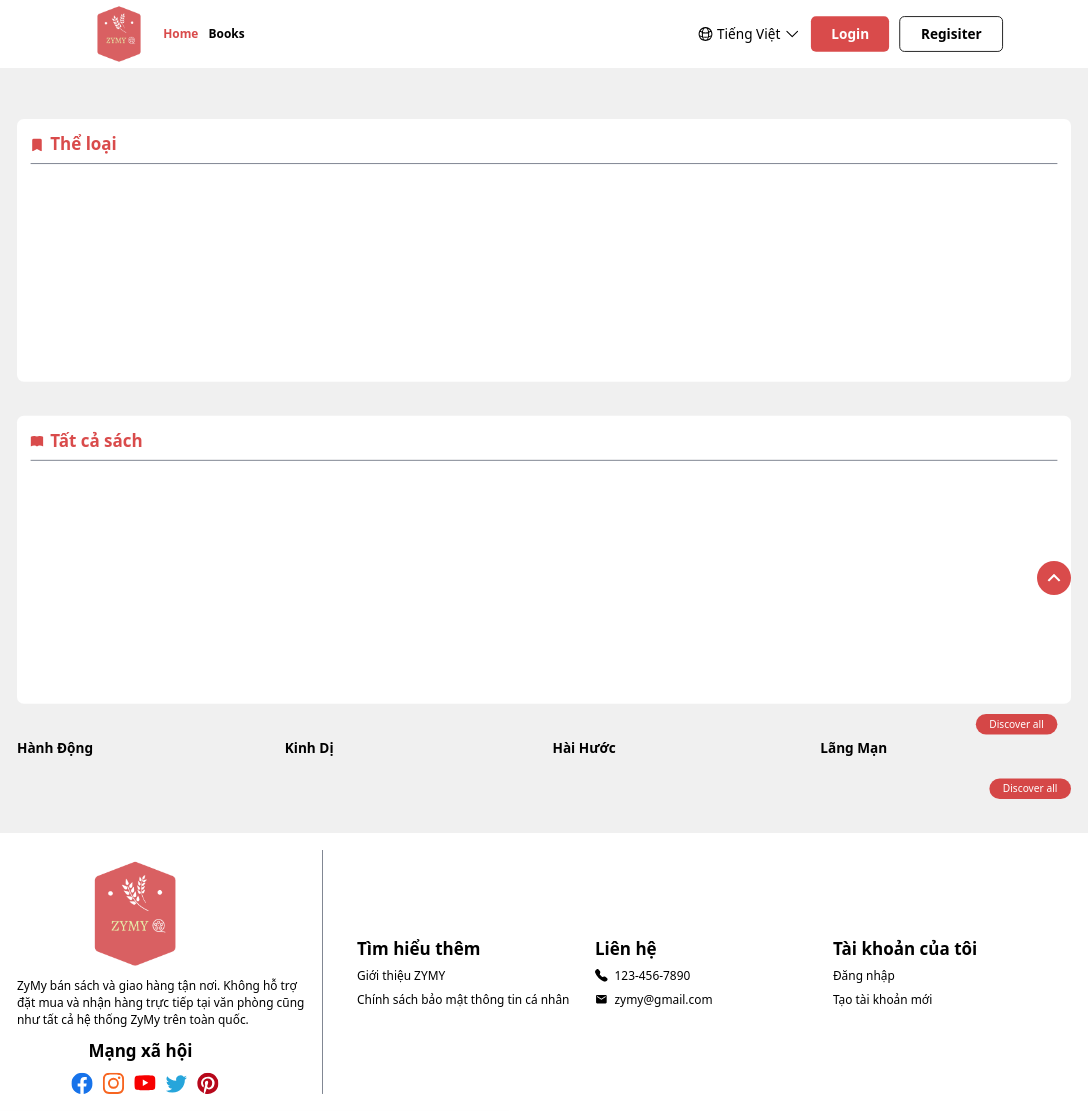
Repository: NguyenDinhThuyVy/website_selling_books
Page: / (app in FrontEnd/)
An editor plug-in stored every save of this project. The page is shown before and after the next save, followed by the edit.
The browser window is 1280 px wide. The pictures show the whole page, at 85% of full size.
The page's requests for data from a server got no answer. The project was rebuilt for these pictures with package versions that can differ from the ones it lists, and the page was loaded fresh each time. Some packages were replaced by stand-ins written for this rebuild. The framework's server and built-in components were replaced by stand-ins that run in the browser. No one was signed in, and anything a server would have sent is missing. Also part of the build but not shown: FrontEnd/next.config.js, FrontEnd/src/components/InforLogin/styles.scss, FrontEnd/src/components/InforLogin/index.jsx, FrontEnd/src/app/(default)/(public)/home/components/CategoryColumn/CategoryColumnContent/index.jsx, FrontEnd/src/styles/CategoryItem.scss, FrontEnd/src/app/(default)/(public)/home/components/CategoryItem/index.jsx, FrontEnd/src/app/(default)/(public)/home/components/BannerItem/index.jsx, FrontEnd/src/styles/BookItem.scss and 1 more.

Above is the page before, as saved 2023-12-29 14:59:05.

### FrontEnd/src/app/layout.jsx
'use client';

import classNames from 'classnames';
import { Inter, Montserrat } from 'next/font/google';
import Script from 'next/script';

import './globals.css';
import 'react-toastify/dist/ReactToastify.css';
import 'swiper/scss/scrollbar';
import 'swiper/scss/pagination';
import 'swiper/css/navigation';
import 'swiper/scss';
import '../../node_modules/nprogress/nprogress.css';
import 'sweetalert2/src/sweetalert2.scss';
import { ToastContainer } from 'react-toastify';
import { Provider } from 'react-redux';
import store from '@/redux/store';
import Backtop from '@/components/Backtop';

const inter = Inter({
  subsets: ['latin'],
  variable: '--font-inter',
});

const montserrat = Montserrat({
  subsets: ['latin'],
  variable: '--font-montserrat',
});

export default function RootLayout({ children }) {
  return (
    <html lang="en">
      <head>
        {/* <Script>
          {typeof window !== 'undefined' &&
            (function (w, d, s, l, i) {
              w[l] = w[l] || [];
              w[l].push({ 'gtm.start': new Date().getTime(), event: 'gtm.js' });
              var f = d.getElementsByTagName(s)[0],
                j = d.createElement(s),
                dl = l != 'dataLayer' ? '&l=' + l : '';
              j.async = true;
              j.src = 'https://www.googletagmanager.com/gtm.js?id=' + i + dl;
              f.parentNode.insertBefore(j, f);
            })(window, document, 'script', 'dataLayer', 'GTM-WV3P6XBH')}
        </Script> */}
        <Script
          async
          src="https://www.googletagmanager.com/gtag/js?id=G-Y35FP8XXTL"
        ></Script>
        <Script
          id="clarity_script"
          strategy="afterInteractive"
          dangerouslySetInnerHTML={{
            __html: `
              window.dataLayer = window.dataLayer || [];
              function gtag(){dataLayer.push(arguments);}
              gtag('js', new Date());
              gtag('config', 'G-Y35FP8XXTL');
            `,
          }}
        />
      </head>
      <body
        className={classNames(
          inter.variable,
          montserrat.variable,
          'flex flex-col min-h-screen'
        )}
      >
        <Provider store={store}>{children}</Provider>
        <ToastContainer autoClose={1000} />
        <Backtop />
      </body>
    </html>
  );
}

### FrontEnd/src/app/page.jsx
import React from 'react';

const HomePage = React.lazy(() => import('./(default)/(public)/home'));

export default HomePage;

### FrontEnd/src/app/globals.css
@tailwind base;
@tailwind components;
@tailwind utilities;

@layer base {
  body {
    background-color: #f0f0f0;
  }
  .wrapper-content {
    max-width: 1340px;
    margin: 0 auto;
    padding: 0 20px;
  }
  .book-list .swiper,
  .category-list .swiper,
  .list-comment .swiper {
    height: 100%;
  }
  .button-next,
  .button-prev {
    position: relative;
    z-index: 20;
  }
  .book-list .swiper .swiper-pagination {
    transform: translateY(12px);
    z-index: 20;
  }
}

### FrontEnd/src/redux/store.jsx
import { configureStore } from '@reduxjs/toolkit';
import rootReducer from './reducers/index';

const store = configureStore({
  reducer: rootReducer,
  // Các tùy chọn khác như middleware có thể được thêm ở đây
});

export default store;

### FrontEnd/src/components/Backtop/index.jsx
import Link from 'next/link';
import React from 'react';
import { MdOutlineKeyboardArrowUp } from 'react-icons/md';

const Backtop = () => {
  return (
    <span className="fixed bottom-5 right-5 rounded-full z-30 w-10 h-10 backtop bg-[#ce1515c4] flex items-center justify-center hover:bg-opacity-70 transition-all">
      <Link href="#" className="flex items-center justify-center w-full h-full">
        <MdOutlineKeyboardArrowUp size="30px" color="white" />
      </Link>
    </span>
  );
};

export default Backtop;

### FrontEnd/src/redux/reducers/index.jsx
import { combineReducers } from '@reduxjs/toolkit';
import menuReducer from './menuReducer';
import formAddReducer from './formAddReducer';
import globalReducer from './globalReducer';
import updateInforReducer from './updateInforReducer';

const rootReducer = combineReducers({
  menu: menuReducer,
  form: formAddReducer,
  darkMode: globalReducer,
  updateInfor: updateInforReducer,
  // Thêm các reducer khác ở đây
});

export default rootReducer;

### FrontEnd/src/components/Heading/index.jsx
const Heading = ({ children }) => {
  return (
    <div className="text-xl font-semibold text-[#ce1515c4]">{children}</div>
  );
};

export default Heading;

### FrontEnd/src/components/layout/Header/index.jsx
'use client';

import Link from 'next/link';
import routes from '@/constant/routes';
import Button from '@/components/Button';
import { usePathname } from 'next/navigation';
import { useEffect } from 'react';
import { useState } from 'react';
import Image from 'next/image';
import logo from '../../../assets/logo.png';
import InforLogin from '@/components/InforLogin';
import Popover from '@/components/Popover';

export default function Header() {
  const pathname = usePathname();
  const [auth, setAuth] = useState(null);
  useEffect(() => {
    const auth = sessionStorage.getItem('auth');
    if (auth) {
      setAuth(JSON.parse(auth));
    }
  }, []);
  return (
    <header className="flex items-center gap-x-3 px-[100px] bg-white">
      <div className="w-[80px] h-[80px]">
        <Link href={routes.HOME}>
          <Image src={logo} alt="" className="object-cover w-full h-full" />
        </Link>
      </div>
      <div className="flex items-center gap-x-3">
        <Link
          href={routes.HOME}
          className={
            pathname === routes.HOME
              ? 'text-[#ce1515c4] font-semibold text-sm'
              : 'text-sm font-semibold'
          }
        >
          Home
        </Link>
        <Link
          href={routes.ALLBOOK}
          className={
            pathname === routes.ALLBOOK
              ? 'text-[#ce1515c4] font-semibold text-sm'
              : 'text-sm font-semibold'
          }
        >
          Books
        </Link>
      </div>
      <div className="flex ml-auto gap-x-3">
        {auth ? (
          <>
            <Popover
              className="flex items-center py-1 hover:text-gray-300 cursor-pointer bg-red-300 z-40"
              renderPopover={
                <div className="bg-white relative shadow-md rounded-sm border border-gray-200 z-40">
                  <div className="flex flex-col py-2 pr-28 pl-3">
                    <button className="py-2 px-3 hover:text-orange">
                      Tiếng Việt
                    </button>
                    <button className="py-2 px-3 hover:text-orange mt-2">
                      English
                    </button>
                  </div>
                </div>
              }
            >
              {' '}
              <svg
                xmlns="http://www.w3.org/2000/svg"
                fill="none"
                viewBox="0 0 24 24"
                strokeWidth={1.5}
                stroke="currentColor"
                className="w-5 h-5"
              >
                <path
                  strokeLinecap="round"
                  strokeLinejoin="round"
                  d="M12 21a9.004 9.004 0 008.716-6.747M12 21a9.004 9.004 0 01-8.716-6.747M12 21c2.485 0 4.5-4.03 4.5-9S14.485 3 12 3m0 18c-2.485 0-4.5-4.03-4.5-9S9.515 3 12 3m0 0a8.997 8.997 0 017.843 4.582M12 3a8.997 8.997 0 00-7.843 4.582m15.686 0A11.953 11.953 0 0112 10.5c-2.998 0-5.74-1.1-7.843-2.918m15.686 0A8.959 8.959 0 0121 12c0 .778-.099 1.533-.284 2.253m0 0A17.919 17.919 0 0112 16.5c-3.162 0-6.133-.815-8.716-2.247m0 0A9.015 9.015 0 013 12c0-1.605.42-3.113 1.157-4.418"
                />
              </svg>
              <span className="mx-1">Tiếng Việt</span>
              <svg
                xmlns="http://www.w3.org/2000/svg"
                fill="none"
                viewBox="0 0 24 24"
                strokeWidth={1.5}
                stroke="currentColor"
                className="w-5 h-5"
              >
                <path
                  strokeLinecap="round"
                  strokeLinejoin="round"
                  d="M19.5 8.25l-7.5 7.5-7.5-7.5"
                />
              </svg>
            </Popover>
            <InforLogin />
          </>
        ) : (
          <>
            <Popover
              className="flex items-center py-1 hover:text-gray-300 cursor-pointer  z-40"
              renderPopover={
                <div className="bg-red-300 relative shadow-md rounded-sm border border-gray-200 z-40">
                  <div className="flex flex-col py-2 pr-28 pl-3">
                    <button className="py-2 px-3 hover:text-orange">
                      Tiếng Việt
                    </button>
                    <button className="py-2 px-3 hover:text-orange mt-2">
                      English
                    </button>
                  </div>
                </div>
              }
            >
              {' '}
              <svg
                xmlns="http://www.w3.org/2000/svg"
                fill="none"
                viewBox="0 0 24 24"
                strokeWidth={1.5}
                stroke="currentColor"
                className="w-5 h-5"
              >
                <path
                  strokeLinecap="round"
                  strokeLinejoin="round"
                  d="M12 21a9.004 9.004 0 008.716-6.747M12 21a9.004 9.004 0 01-8.716-6.747M12 21c2.485 0 4.5-4.03 4.5-9S14.485 3 12 3m0 18c-2.485 0-4.5-4.03-4.5-9S9.515 3 12 3m0 0a8.997 8.997 0 017.843 4.582M12 3a8.997 8.997 0 00-7.843 4.582m15.686 0A11.953 11.953 0 0112 10.5c-2.998 0-5.74-1.1-7.843-2.918m15.686 0A8.959 8.959 0 0121 12c0 .778-.099 1.533-.284 2.253m0 0A17.919 17.919 0 0112 16.5c-3.162 0-6.133-.815-8.716-2.247m0 0A9.015 9.015 0 013 12c0-1.605.42-3.113 1.157-4.418"
                />
              </svg>
              <span className="mx-1">Tiếng Việt</span>
              <svg
                xmlns="http://www.w3.org/2000/svg"
                fill="none"
                viewBox="0 0 24 24"
                strokeWidth={1.5}
                stroke="currentColor"
                className="w-5 h-5"
              >
                <path
                  strokeLinecap="round"
                  strokeLinejoin="round"
                  d="M19.5 8.25l-7.5 7.5-7.5-7.5"
                />
              </svg>
            </Popover>

            <Button kind="primary" to={routes.LOGIN}>
              Login
            </Button>
            <Button kind="secondary" to={routes.REGISTER} isBorder={true}>
              Regisiter
            </Button>
          </>
        )}
      </div>
    </header>
  );
}

### FrontEnd/src/app/(default)/(public)/home/components/CategoryColumn/CategoryColumnHorror/index.jsx
'use client';

import React, { useState } from 'react';
import CategoryColumnContent from '../CategoryColumnContent';
import { getBookByCategory } from '@/services/bookService';
import { useEffect } from 'react';

const CategoryColumnHorror = () => {
  const [listBookHorror, setListBookHorror] = useState([]);
  const fetchBookByHorror = async () => {
    const res = await getBookByCategory('Horror');
    if (res && res?.data?.errCode === 0) {
      setListBookHorror(res?.data?.book);
    }
  };
  useEffect(() => {
    fetchBookByHorror();
  }, []);
  return (
    <>
      <h1 className="mb-3 font-semibold">Kinh Dị</h1>
      <div className="flex w-full gap-x-3">
        <div className="flex flex-col w-full bg-white rounded-lg">
          {listBookHorror?.length > 0 &&
            listBookHorror
              ?.slice(0, 5)
              ?.map((book, index) => (
                <CategoryColumnContent key={index} data={book} />
              ))}
        </div>
      </div>
    </>
  );
};

export default CategoryColumnHorror;

### FrontEnd/src/app/(default)/(public)/home/components/Category/index.jsx
'use client';

import CategoryItem from '../CategoryItem';
import { Swiper, SwiperSlide } from 'swiper/react';
import { Navigation, Pagination } from 'swiper';
import { useState } from 'react';
import { getAllCategory } from '@/services/categories';
import { useEffect } from 'react';

const Category = () => {
  const [listCategory, setListCategory] = useState([]);
  const fetchListCategory = async () => {
    const res = await getAllCategory();
    if (res && res?.data?.errCode === 0) {
      setListCategory(res?.data?.categories);
    }
  };
  useEffect(() => {
    fetchListCategory();
  }, []);
  return (
    <div className="mt-5 category-list h-[220px]">
      <Swiper
        modules={[Navigation, Pagination]}
        spaceBetween={20}
        slidesPerView={6}
        navigation
        grabCursor={'true'}
        pagination={{ clickable: true }}
      >
        {listCategory?.length > 0 &&
          listCategory?.map((category, index) => (
            <SwiperSlide key={index}>
              <CategoryItem category={category} imageFolder="/Image/" />
            </SwiperSlide>
          ))}
      </Swiper>
    </div>
  );
};

export default Category;

### FrontEnd/src/app/(default)/(public)/home/components/Banner/index.jsx
'use client';

import { useState } from 'react';
import BannerItem from '../BannerItem';
import { Navigation, Pagination, Scrollbar, A11y } from 'swiper';
import { Swiper, SwiperSlide } from 'swiper/react';
import { getAllBookWithPagination } from '@/services/bookService';
import { useEffect } from 'react';

const Banner = () => {
  const [listBook, setListBook] = useState([]);
  const fectchBannerBook = async () => {
    const res = await getAllBookWithPagination(1, 4);
    if (res && res?.data) {
      setListBook(res?.data?.books);
    }
  };
  useEffect(() => {
    fectchBannerBook();
  }, []);
  return (
    <div className="mt-5 cursor-pointer">
      <Swiper
        modules={[Navigation, Pagination, Scrollbar, A11y]}
        slidesPerView={1}
        pagination={{ clickable: true }}
      >
        {listBook?.length > 0 &&
          listBook?.slice(0, 4)?.map((book, index) => (
            <SwiperSlide key={index}>
              <BannerItem book={book}></BannerItem>
            </SwiperSlide>
          ))}
      </Swiper>
    </div>
  );
};

export default Banner;

### FrontEnd/src/app/(default)/(public)/home/components/CategoryColumn/CategoryColumnAction/index.jsx
'use client';

import React, { useEffect, useState } from 'react';
import CategoryColumnContent from '../CategoryColumnContent';
import { getBookByCategory } from '@/services/bookService';

const CategoryColumnAction = () => {
  const [listBookAction, setListBookAction] = useState([]);
  const fetchBookByAction = async () => {
    const res = await getBookByCategory('Action');
    if (res && res?.data?.errCode === 0) {
      setListBookAction(res?.data?.book);
    }
  };
  useEffect(() => {
    fetchBookByAction();
  }, []);
  return (
    <>
      <h1 className="mb-3 font-semibold">Hành Động</h1>
      <div className="flex w-full gap-x-3">
        <div className="flex flex-col w-full bg-white rounded-lg">
          {listBookAction?.length > 0 &&
            listBookAction
              ?.slice(0, 5)
              ?.map((book, index) => (
                <CategoryColumnContent key={index} data={book} />
              ))}
        </div>
      </div>
    </>
  );
};

export default CategoryColumnAction;

### FrontEnd/src/app/(default)/(public)/home/components/CategoryColumn/CategoryColumnRomance/index.jsx
'use client';

import React, { useEffect, useState } from 'react';
import CategoryColumnContent from '../CategoryColumnContent';
import { getBookByCategory } from '@/services/bookService';

const CategoryColumnRomance = () => {
  const [listBookRomance, setListBookRomance] = useState([]);
  const fetchBookByRomance = async () => {
    const res = await getBookByCategory('Romance');
    if (res && res?.data?.errCode === 0) {
      setListBookRomance(res?.data?.book);
    }
  };
  useEffect(() => {
    fetchBookByRomance();
  }, []);
  return (
    <>
      <h1 className="mb-3 font-semibold">Lãng Mạn</h1>
      <div className="flex w-full gap-x-3">
        <div className="flex flex-col w-full bg-white rounded-lg">
          {listBookRomance?.length > 0 &&
            listBookRomance
              ?.slice(0, 5)
              ?.map((book, index) => (
                <CategoryColumnContent key={index} data={book} />
              ))}
        </div>
      </div>
    </>
  );
};

export default CategoryColumnRomance;

### FrontEnd/src/app/(default)/(public)/home/components/CategoryColumn/CategoryComedy/index.jsx
'use client';

import React, { useEffect, useState } from 'react';
import CategoryColumnContent from '../CategoryColumnContent';
import { getBookByCategory } from '@/services/bookService';

const CategoryComedy = () => {
  const [listBookComedy, setBookListComedy] = useState([]);
  const fetchBookByComedy = async () => {
    const res = await getBookByCategory('Comedy');
    if (res && res?.data?.errCode === 0) {
      setBookListComedy(res?.data?.book);
    }
  };
  useEffect(() => {
    fetchBookByComedy();
  }, []);
  return (
    <>
      <h1 className="mb-3 font-semibold">Hài Hước</h1>
      <div className="flex w-full gap-x-3">
        <div className="flex flex-col w-full bg-white rounded-lg">
          {listBookComedy?.length > 0 &&
            listBookComedy
              ?.slice(0, 5)
              ?.map((book, index) => (
                <CategoryColumnContent key={index} data={book} />
              ))}
        </div>
      </div>
    </>
  );
};

export default CategoryComedy;

### FrontEnd/src/app/(default)/(public)/home/style/styled.scss
:root {
  --white: #fff;
  --bcg-detail-color: #f8f8f8;
  --bcg-add: #ce1515c4;
}
*::-moz-selection {
  background-color: var(--bcg-detail-color);
  color: var(--white);
}

*::selection {
  background-color: var(--bcg-add);
  color: var(--white);
}
::-webkit-scrollbar {
  height: 1px;
  width: 10px;
  border-radius: 50%;
}

::-webkit-scrollbar-track {
  background-color: transparent;
}

::-webkit-scrollbar-thumb {
  background-color: #77777758;
  border-radius: 20px;
}

### FrontEnd/src/redux/reducers/menuReducer.jsx
// reducers/counterSlice.ts
import { createSlice } from '@reduxjs/toolkit';

const initialState = {
  collapsed: false,
};
const menuSlice = createSlice({
  name: 'counter',
  initialState,
  reducers: {
    toggleMenu: (state) => {
      state.collapsed = !state.collapsed;
    },
  },
});

export const { toggleMenu } = menuSlice.actions;
export default menuSlice.reducer;

### FrontEnd/src/redux/reducers/globalReducer.jsx
import { createSlice } from '@reduxjs/toolkit';

const initialState = {
  darkMode: false,
};
const globalReducer = createSlice({
  name: 'global',
  initialState,
  reducers: {
    toggleDarkMode: (state, actions) => {
      return {
        ...state,
        darkMode: actions.payload,
      };
    },
  },
});

export const { toggleDarkMode } = globalReducer.actions;
export default globalReducer.reducer;

### FrontEnd/src/redux/reducers/updateInforReducer.jsx
import { createSlice } from '@reduxjs/toolkit';

const initialState = {
  isUpdate: false,
};
const updateInforReducer = createSlice({
  name: 'update',
  initialState,
  reducers: {
    updateReducer: (state) => {
      return {
        ...state,
        isUpdate: !state.isUpdate,
      };
    },
  },
});

export const { updateReducer } = updateInforReducer.actions;
export default updateInforReducer.reducer;

### FrontEnd/src/components/Button/index.jsx
'use client';
import React from 'react';
import { useRouter } from 'next/navigation';

const Button = ({
  type = 'submit',
  kind,
  children,
  to,
  isBorder = false,
  ...props
}) => {
  const router = useRouter();
  let bgcClassName = '';
  let colorText = '';
  switch (kind) {
    case 'primary':
      bgcClassName = 'bg-[#ce1515c4]';
      colorText = 'text-white';
      break;
    case 'secondary':
      bgcClassName = 'bg-white';
      colorText = 'text-black';
      break;
    default:
      break;
  }
  if (to) {
    return (
      <button
        type={type}
        className={`px-6 py-2 w-max text-base font-semibold cursor-pointer rounded-md hover:opacity-80 transition-all ${bgcClassName} ${colorText} ${
          isBorder ? 'border border-black' : ''
        }`}
        onClick={() => router.push(to)}
      >
        {children}
      </button>
    );
  }
  return (
    <button
      type={type}
      className={`px-6 py-2 w-max text-base font-semibold cursor-pointer rounded-md hover:opacity-80 transition-all ${bgcClassName} ${colorText} ${
        isBorder ? 'border border-black' : ''
      }`}
      {...props}
    >
      {children}
    </button>
  );
};

export default Button;

### FrontEnd/src/styles/SwiperButton.scss
.swiper-button-next,
.swiper-button-prev {
  width: 25px !important;
  height: 25px !important;
  background-color: #bc3232c4 !important;
  border-radius: 50%;
  z-index: 100 !important;
}
.swiper-button-next::after,
.swiper-button-prev::after {
  color: white;
  font-size: 10px !important;
  font-weight: 800;
}
.swiper-button-next::after {
  transform: translate(1px, 1px);
}
.swiper-button-prev::after {
  transform: translateY(1px);
}

Loaded but not shown: FrontEnd/src/utils/axiosCustomize.js (47 lines, source omitted); FrontEnd/src/services/bookService.js (42 lines, source omitted); FrontEnd/tailwind.config.js (33 lines, source omitted); FrontEnd/src/constant/routes.js (30 lines, source omitted); FrontEnd/src/services/categories.js (7 lines, source omitted); FrontEnd/src/components/layout/Footer/index.jsx (97 lines, source omitted); FrontEnd/src/app/(default)/(public)/home/index.jsx (66 lines, source omitted); FrontEnd/src/components/Popover/index.jsx (73 lines, source omitted); FrontEnd/src/components/BookList/index.jsx (53 lines, source omitted); FrontEnd/src/redux/reducers/formAddReducer.jsx (68 lines, source omitted)

After the next save:
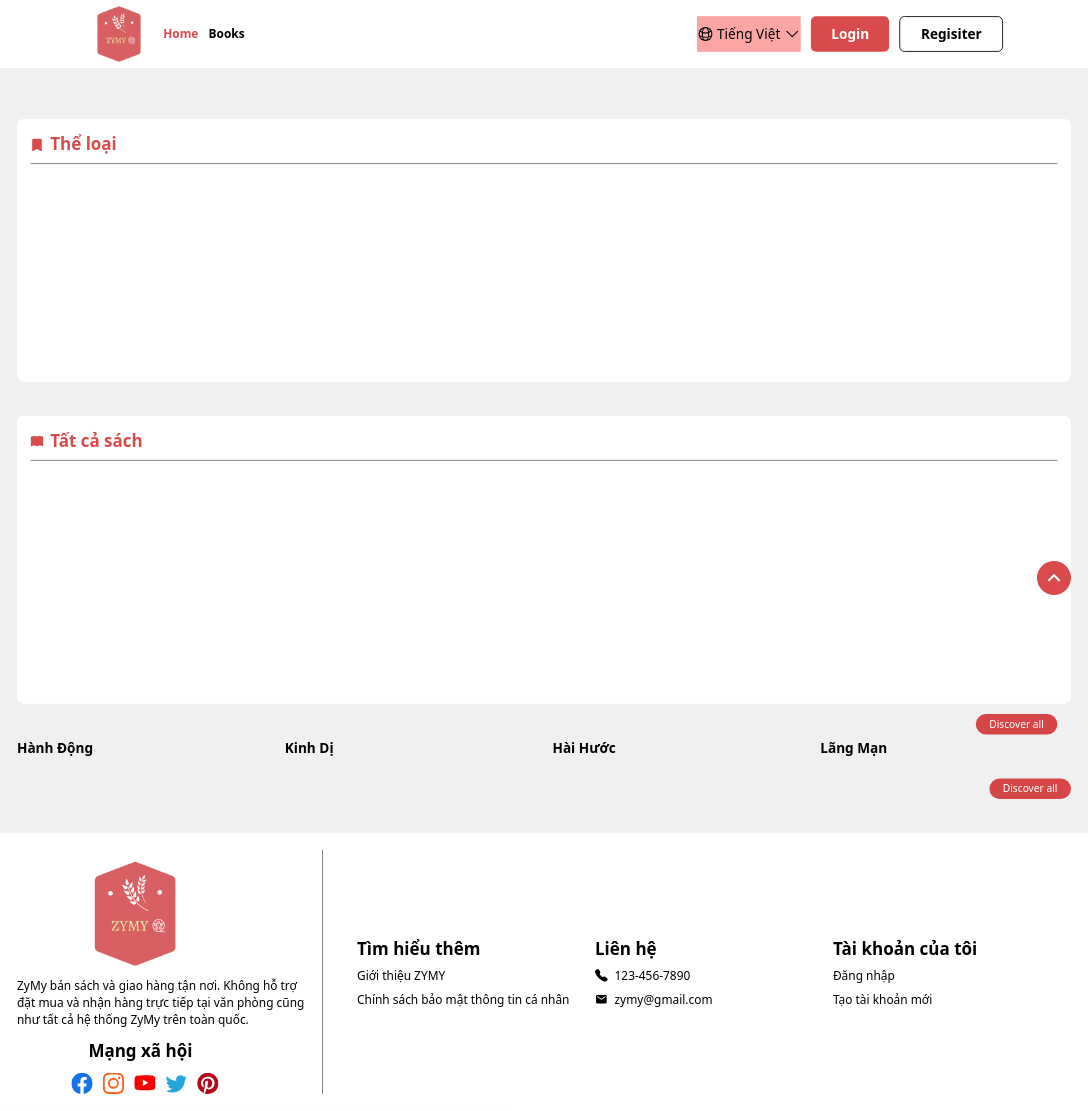
Saved 12 s later.
--- a/FrontEnd/src/components/layout/Header/index.jsx
+++ b/FrontEnd/src/components/layout/Header/index.jsx
@@ -103,7 +103,7 @@ export default function Header() {
         ) : (
           <>
             <Popover
-              className="flex items-center py-1 hover:text-gray-300 cursor-pointer  z-40"
+              className="flex items-center py-1 hover:text-gray-300 cursor-pointer  z-40 bg-red-300 "
               renderPopover={
                 <div className="bg-red-300 relative shadow-md rounded-sm border border-gray-200 z-40">
                   <div className="flex flex-col py-2 pr-28 pl-3">
